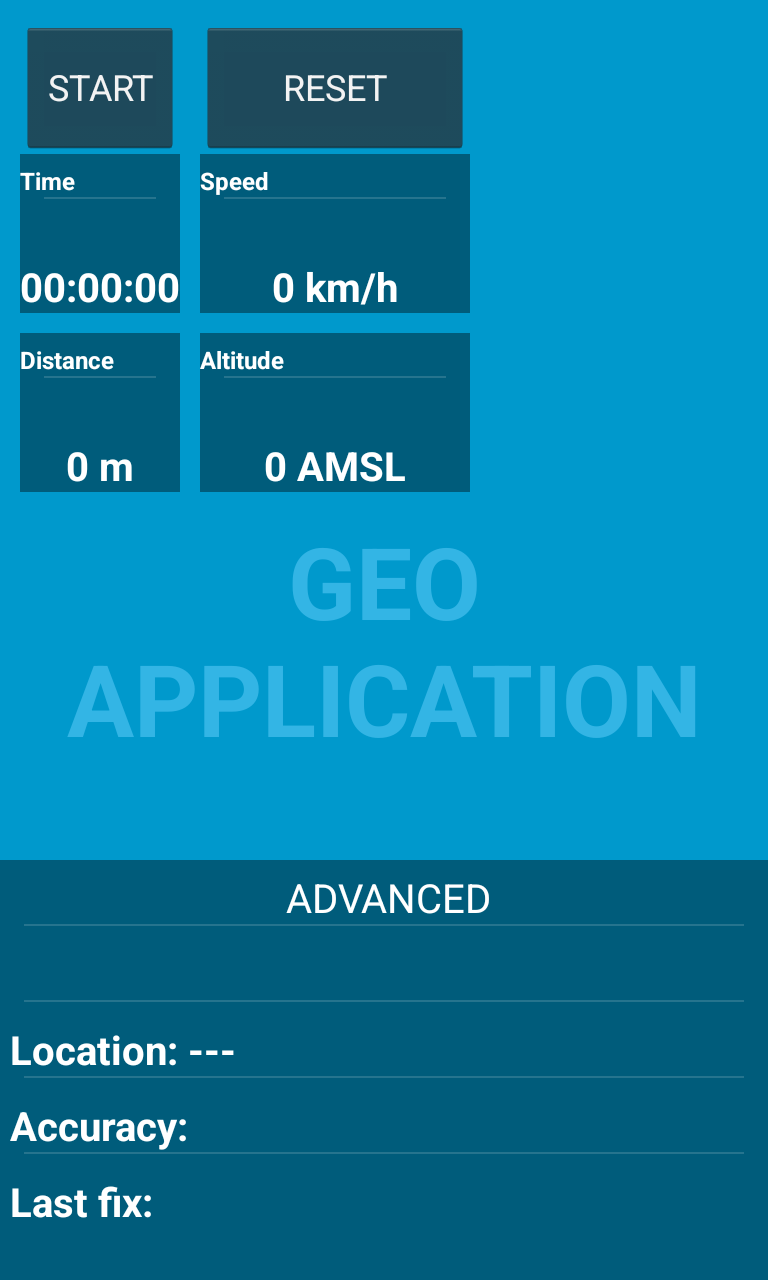
Repository: sebastianR1001/GeoApplication
Layout: GeoApplication/res/layout/activity_fullscreen.xml
These files come from the project's save history. The layout is drawn as it stood at one moment and after the next save; the edit follows.
It is drawn on a 768 x 1280 px phone screen (xhdpi) without system bars, with theme FullscreenTheme; the app's code is not run.

Above is the layout before, as saved 2014-10-24 18:21:20.

### GeoApplication/res/layout/activity_fullscreen.xml
<FrameLayout xmlns:android="http://schemas.android.com/apk/res/android"
    xmlns:tools="http://schemas.android.com/tools"
    android:layout_width="match_parent"
    android:layout_height="match_parent"
    android:background="#0099cc"
    tools:context="geo.geoapplication.FullscreenActivity" >

    <!--
         The primary full-screen view. This can be replaced with whatever view
         is needed to present your content, e.g. VideoView, SurfaceView,
         TextureView, etc.
    -->

    <TextView
        android:id="@+id/fullscreen_content"
        android:layout_width="match_parent"
        android:layout_height="match_parent"
        android:gravity="center"
        android:keepScreenOn="true"
        android:text="@string/geo_application"
        android:textColor="#33b5e5"
        android:textSize="50sp"
        android:textStyle="bold" />

     <TableLayout
        android:layout_width="wrap_content"
        android:layout_height="wrap_content"
        android:layout_marginTop="10dp"
        android:layout_marginLeft="10dp"  >

         <TableRow
            android:id="@+id/tableRow0"
            android:layout_width="wrap_content"
            android:layout_height="wrap_content"
            >

            <Button
		        android:id="@+id/startButton"
		        android:layout_width="wrap_content"
		        android:layout_height="67dp"
		        android:text="@string/startButton" />

		     <Button
		        android:id="@+id/resetButton"
		        android:layout_width="135dp"
		        android:layout_height="67dp"
		        android:layout_marginLeft="10dp"
		        android:text="@string/resetButton" />

        </TableRow>

        <TableRow
            android:id="@+id/tableRow1"
            android:layout_width="wrap_content"
            android:layout_height="wrap_content"
            >

            <LinearLayout
		        android:id="@+id/timeLayout"
		        style="?metaButtonBarStyle"
		        android:layout_width="wrap_content"
		        android:layout_height="wrap_content"
		        android:layout_weight="7"
		        android:background="@color/black_overlay"
		        android:orientation="vertical"
		        tools:ignore="UselessParent" >

			    <TextView
			        android:layout_width="match_parent"
			        android:layout_height="match_parent"
			        android:layout_marginTop="5dp"
			        android:text="@string/timeText"
			        android:id="@+id/timeText"
			        android:textColor="#ffffff"
			        android:textSize="12sp"
			        android:textStyle="bold" />

			    <TextView
			        android:layout_width="match_parent"
			        android:layout_height="match_parent"
			        android:text="@string/time"
			        android:id="@+id/time"
			        android:layout_marginTop="30dp"
			        android:gravity="center"
			        android:textColor="#ffffff"
			        android:textSize="20sp"
			        android:textStyle="bold" />

	        </LinearLayout>

			<LinearLayout
		        android:id="@+id/speedLayout"
		        style="?metaButtonBarStyle"
		        android:layout_width="wrap_content"
		        android:layout_height="wrap_content"
		        android:layout_weight="7"
		        android:layout_marginLeft="10dp"
		        android:background="@color/black_overlay"
		        android:orientation="vertical"
		        tools:ignore="UselessParent" >

			    <TextView
			        android:layout_width="match_parent"
			        android:layout_height="match_parent"
			        android:layout_marginTop="5dp"
			        android:text="@string/speedText"
			        android:id="@+id/speedText"
			        android:textColor="#ffffff"
			        android:textSize="12sp"
			        android:textStyle="bold" />

			    <TextView
			        android:layout_width="match_parent"
			        android:layout_height="match_parent"
			        android:text="@string/speed"
			        android:id="@+id/speed"
			        android:layout_marginTop="30dp"
			        android:gravity="center"
			        android:textColor="#ffffff"
			        android:textSize="20sp"
			        android:textStyle="bold" />

	        </LinearLayout>

        </TableRow>

        <TableRow
            android:id="@+id/tableRow4"
            android:layout_width="wrap_content"
            android:layout_height="wrap_content"
            android:layout_marginTop="10dp"
            >

            <LinearLayout
		        android:id="@+id/distanceLayout"
		        style="?metaButtonBarStyle"
		        android:layout_width="wrap_content"
		        android:layout_height="wrap_content"
		        android:layout_weight="7"
		        android:background="@color/black_overlay"
		        android:orientation="vertical"
		        tools:ignore="UselessParent" >

			    <TextView
			        android:layout_width="match_parent"
			        android:layout_height="match_parent"
			        android:layout_marginTop="5dp"
			        android:text="@string/distanceText"
			        android:id="@+id/distanceText"
			        android:textColor="#ffffff"
			        android:textSize="12sp"
			        android:textStyle="bold" />

			    <TextView
			        android:layout_width="match_parent"
			        android:layout_height="match_parent"
			        android:text="@string/distance"
			        android:id="@+id/distance"
			        android:layout_marginTop="30dp"
			        android:gravity="center"
			        android:textColor="#ffffff"
			        android:textSize="20sp"
			        android:textStyle="bold" />

	        </LinearLayout>

			<LinearLayout
		        android:id="@+id/elevationLayout"
		        style="?metaButtonBarStyle"
		        android:layout_width="wrap_content"
		        android:layout_height="wrap_content"
		        android:layout_weight="7"
		        android:layout_marginLeft="10dp"
		        android:background="@color/black_overlay"
		        android:orientation="vertical"
		        tools:ignore="UselessParent" >

			    <TextView
			        android:layout_width="match_parent"
			        android:layout_height="match_parent"
			        android:layout_marginTop="5dp"
			        android:text="@string/altitudeText"
			        android:id="@+id/altitudeText"
			        android:textColor="#ffffff"
			        android:textSize="12sp"
			        android:textStyle="bold" />

			    <TextView
			        android:layout_width="match_parent"
			        android:layout_height="match_parent"
			        android:text="@string/altitude"
			        android:id="@+id/altitude"
			        android:layout_marginTop="30dp"
			        android:gravity="center"
			        android:textColor="#ffffff"
			        android:textSize="20sp"
			        android:textStyle="bold" />

	        </LinearLayout>

        </TableRow>

    </TableLayout>

	   <LinearLayout
	        android:id="@+id/advanced"
	        style="?metaButtonBarStyle"
	        android:layout_width="match_parent"
	        android:layout_height="210dp"
	        android:layout_gravity="bottom|center_horizontal"
	        android:background="@color/black_overlay"
	        android:orientation="vertical"
	        tools:ignore="UselessParent" >

	       <TextView
		        android:id="@+id/advancedInformation"
		        android:layout_width="wrap_content"
                android:layout_height="wrap_content"
                android:text="@string/advancedText"
		        android:paddingTop="5dp"
		        android:paddingLeft="5dp"
		        android:layout_gravity="top|center_horizontal"
		        android:textColor="#ffffff"
		        android:textSize="20sp" />

	       <TextView
		        android:id="@+id/gpsInformation"
		        android:layout_width="wrap_content"
                android:layout_height="wrap_content"
		        android:paddingTop="10dp"
		        android:paddingLeft="5dp"
		        android:textColor="#ffffff"
		        android:textSize="20sp" />

		    <TextView
		        android:id="@+id/viewLocation"
		        android:layout_width="wrap_content"
		        android:layout_height="wrap_content"
		        android:paddingTop="10dp"
		        android:paddingLeft="5dp"
		        android:keepScreenOn="true"
		        android:text="@string/location"
		        android:textColor="#ffffff"
		        android:textSize="20sp"
		        android:textStyle="bold" />

	        <TextView
		        android:layout_width="wrap_content"
                android:layout_height="wrap_content"
		        android:paddingTop="10dp"
		        android:paddingLeft="5dp"
		        android:text="@string/accuracy"
		        android:id="@+id/accuracy"
		        android:textColor="#ffffff"
		        android:textSize="20sp"
		        android:textStyle="bold" />

	        <TextView
		        android:layout_width="wrap_content"
                android:layout_height="wrap_content"
		        android:paddingTop="10dp"
		        android:paddingLeft="5dp"
		        android:text="@string/last_fix"
		        android:id="@+id/lastFix"
		        android:textColor="#ffffff"
		        android:textSize="20sp"
		        android:textStyle="bold" />

        </LinearLayout>


    <FrameLayout
        android:layout_width="match_parent"
        android:layout_height="match_parent"
        android:fitsSystemWindows="true" >

        <LinearLayout
            android:id="@+id/fullscreen_content_controls"
            style="?metaButtonBarStyle"
            android:layout_width="match_parent"
            android:layout_height="wrap_content"
            android:layout_gravity="bottom|center_horizontal"
            android:background="@color/black_overlay"
            android:orientation="horizontal"
            tools:ignore="UselessParent" >
        </LinearLayout>

        <requestFocus />


    </FrameLayout>
    <!--
         This FrameLayout insets its children based on system windows using
         android:fitsSystemWindows.
    -->

</FrameLayout>

### GeoApplication/res/values/strings.xml
<?xml version="1.0" encoding="utf-8"?>
<resources>

    <string name="app_name">GeoApplication</string>
    <string name="dummy_button">Dummy Button</string>
    <string name="dummy_content">DUMMY\nCONTENT</string>
    <string name="geo_application">GEO\nAPPLICATION</string>
    <string name="location">Location: ---</string>
    <string name="speedText">Speed</string>
    <string name="speed">0 km/h</string>
    <string name="time">00:00:00</string>
    <string name="timeText">Time</string>
    <string name="accuracy">Accuracy:</string>
    <string name="distance">0 m</string>
    <string name="distanceText">Distance</string>
    <string name="altitude">0 AMSL</string>
    <string name="altitudeText">Altitude</string>
    <string name="last_fix">Last fix:</string>

    <string name="startButton">START</string>
    <string name="stopButton">STOP</string>
    <string name="resetButton">RESET</string>
    <string name="advancedText">ADVANCED</string>

</resources>

Loaded but not shown: GeoApplication/res/values-v11/styles.xml (common file); GeoApplication/res/values/styles.xml (common file); GeoApplication/res/values/colors.xml (common file)

After the next save:
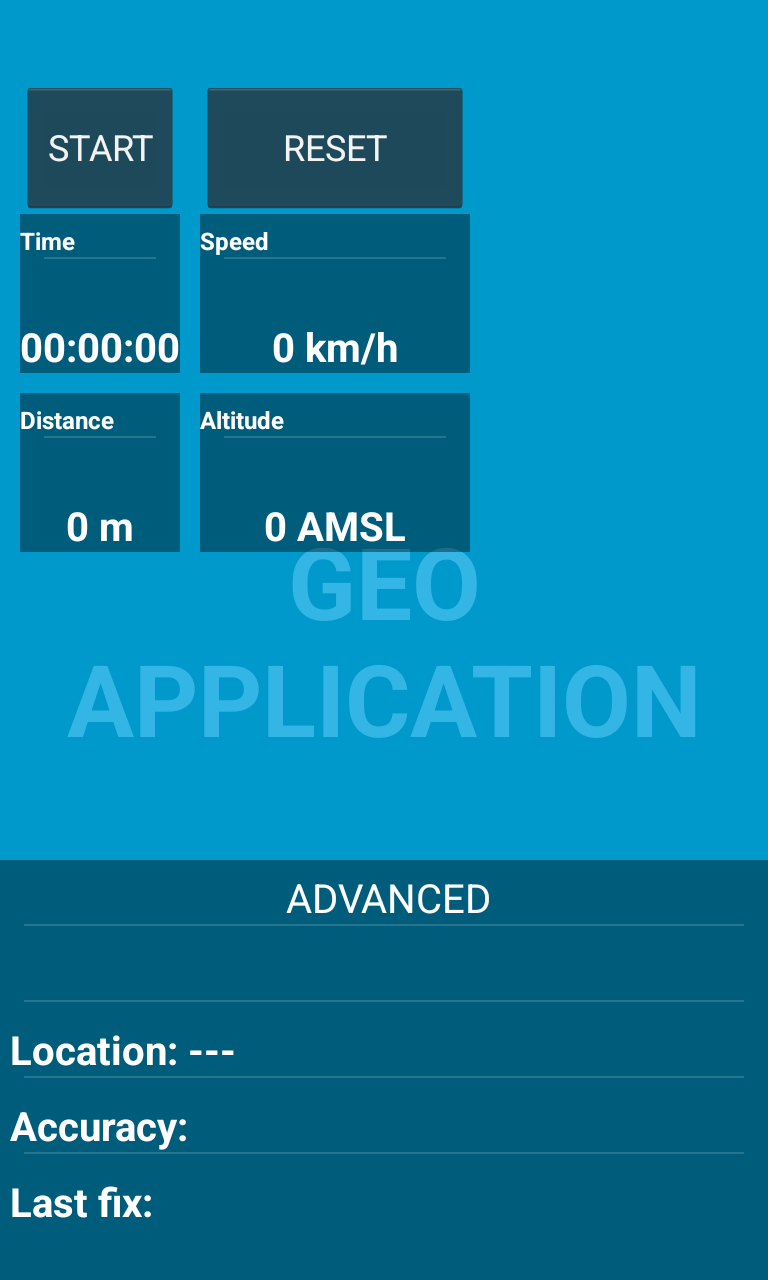
Saved 45 s later.
--- a/GeoApplication/res/layout/activity_fullscreen.xml
+++ b/GeoApplication/res/layout/activity_fullscreen.xml
@@ -25,7 +25,7 @@
      <TableLayout
         android:layout_width="wrap_content"
         android:layout_height="wrap_content"
-        android:layout_marginTop="10dp"
+        android:layout_marginTop="40dp"
         android:layout_marginLeft="10dp"  >
 
          <TableRow

After the save that followed:
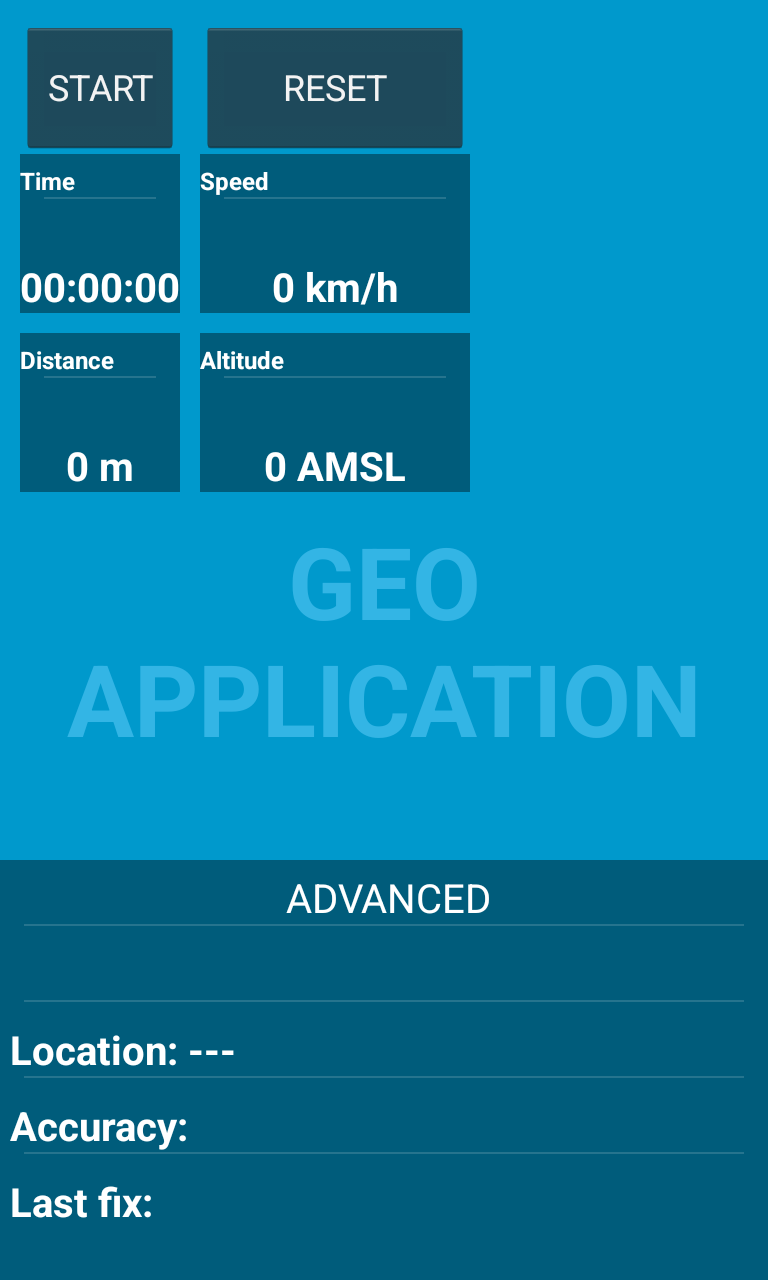
Saved 33 s later.
--- a/GeoApplication/res/layout/activity_fullscreen.xml
+++ b/GeoApplication/res/layout/activity_fullscreen.xml
@@ -25,7 +25,7 @@
      <TableLayout
         android:layout_width="wrap_content"
         android:layout_height="wrap_content"
-        android:layout_marginTop="40dp"
+        android:layout_marginTop="10dp"
         android:layout_marginLeft="10dp"  >
 
          <TableRow
